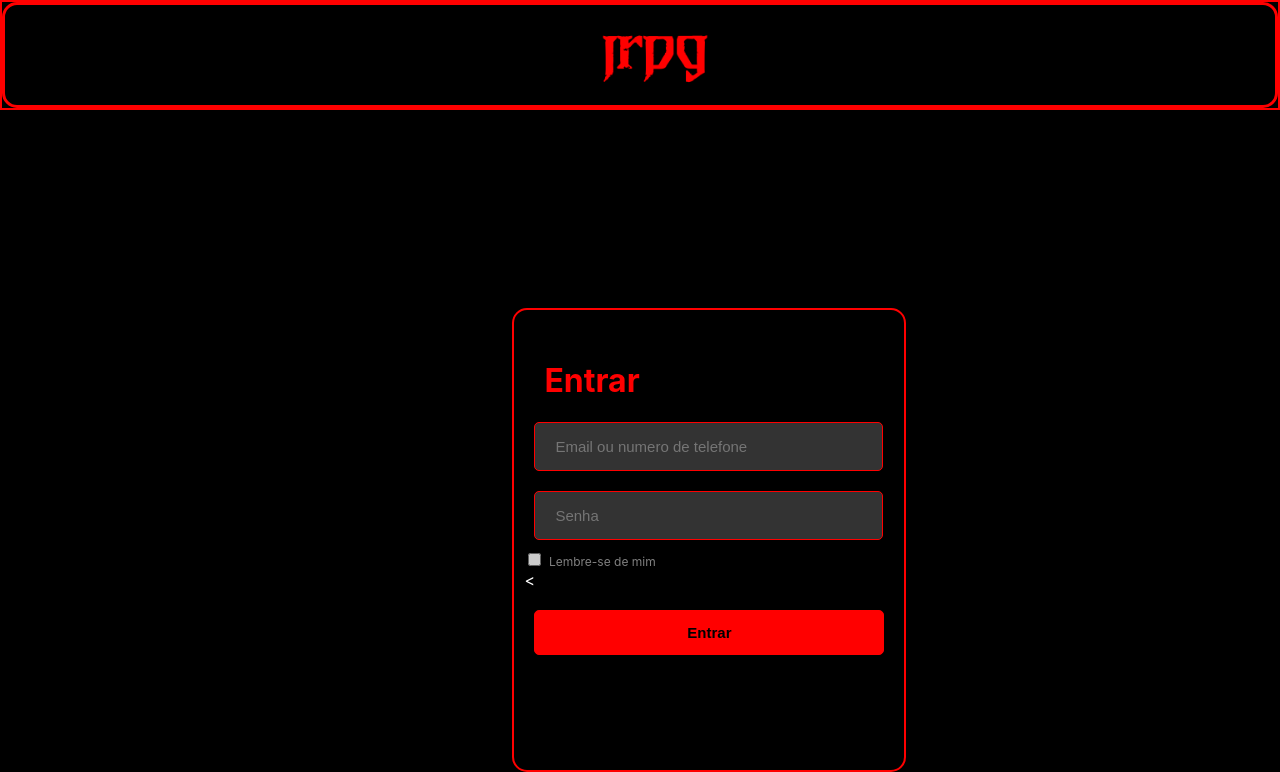
Repository: jpmaffei18/PROJETO_JAVA
Page: http://localhost/FinalWeb/
The author's editor kept a copy of each file at every save. The page is drawn from the files as they stood at one save, then again after a run of saves.
The browser window is 1280 px wide. The pictures show the whole page.
Some web fonts or font styles are not loaded; a fallback is used. The page is served by Tomcat 9. Other server files are loaded and not shown.

Above is the page before, as saved 2023-04-12 12:21:06.

### FinalWeb/src/main/webapp/index.jsp
<!DOCTYPE html>
<html lang="pt-br">
<head>
    <meta charset="UTF-8">
    <meta http-equiv="X-UA-Compatible" content="IE=edge">
    <meta name="viewport" content="width=device-width, initial-scale=1.0">
    <link href="login.css" rel="stylesheet">
    <link href="https://fonts.cdnfonts.com/css/gobold" rel="stylesheet">
    <link href="https://fonts.cdnfonts.com/css/glacial-indifference-2" rel="stylesheet">

    <title> LOGIN </title>
</head>
<body>
    <header class="cabecalho">
       <img src="imagens/JRPG LOGO.png">
    </header>


    <div class="form">
        <h1>Entrar</h1>
            <form method="POST" action="LoginServlet">
                <input type="text" name="usuario" id="email" class="email"placeholder="Email ou numero de telefone" style="width: 325px; height: 45px; border: solid 1px red; border-radius:5px;  margin-left: 10px; background-color: #333333; padding-left: 20px;  color: white; font-size: 15px;" >
                <br/>
                <br/>
                <input type="password" name="senha" id="password" class="form-control" data-toggle="password" placeholder="Senha" style="width: 325px; height: 45px; border: solid 1px red; border-radius:5px;  background-color: #333333; color: white; padding-left: 20px; margin-bottom: 10px; margin-left: 10px; font-size: 15px;">
                <br/>
                <div class="box">
                <input type="checkbox" style="opacity: 0.8" value="lembre-se de mim" style="margin-left: 0px; background-color:grey;"/>
                <label for="lembre-se de mim" style="font-size: 12px; color:grey;">Lembre-se de mim</label>
                </div>

                <

                <br/>
                <br/>

                <input type="submit" name="submit" id="submit" class="submit" style="background-color: red; color: black; width: 350px; height: 45px; border-radius:5px; border:solid 1px red; margin-bottom: 5px; margin-left: 10px; font-weight:900; font-size: 15px; " value="Entrar"/>
                </form>
                </div>

</body>
</html>

### FinalWeb/src/main/webapp/login.css
@import url('https://fonts.cdnfonts.com/css/glacial-indifference-2');
@import url('https://fonts.cdnfonts.com/css/gobold');



body{
    margin: 0;
    margin-top: 0;
    background-color: black ;
    overflow-x: hidden;
    border: solid 2px red;
}

.conteudo{
    width: 100%;
    height: 848px;
    border: solid 2px red;
}

.cabecalho{
    background-color: black ;
    width: 99,7%;
    height: 80px;
    border-radius: 15px;
    border: solid 3px red;
    color: red;
    padding-top: 20px;
    padding-left: 80px;
    align-content: center;
    align-items: center;
    text-align: center;
}

header img{
    margin-top: -20px;
    width: 200px;
    margin-right: 60px;
}

header h3{
    float: right;
    margin-right: 20px;
    margin-left:-40px;
}

header a{
    color: white;
    text-decoration: none;
}


.form{
    height: 400px;
    width: 350px;
    float: left;
    background-color: rgba(0,0,0,.75);
    border: solid 2px red;
    border-radius:15px;
    margin-left: 40%;
    margin-top: 200px;
    padding: 30px;
    padding-left:10px;
    font-family:-apple-system, BlinkMacSystemFont, 'Segoe UI', Roboto, Oxygen, Ubuntu, Cantarell,
    'Open Sans', 'Helvetica Neue', sans-serif;
    color: white;




}
.form h1{
    text-align: left;
    margin-left: 20px;
    color: red;
}

.form .inputs{
    padding: 5px;
    border-radius: 5px;

}

After the next 2 saves:
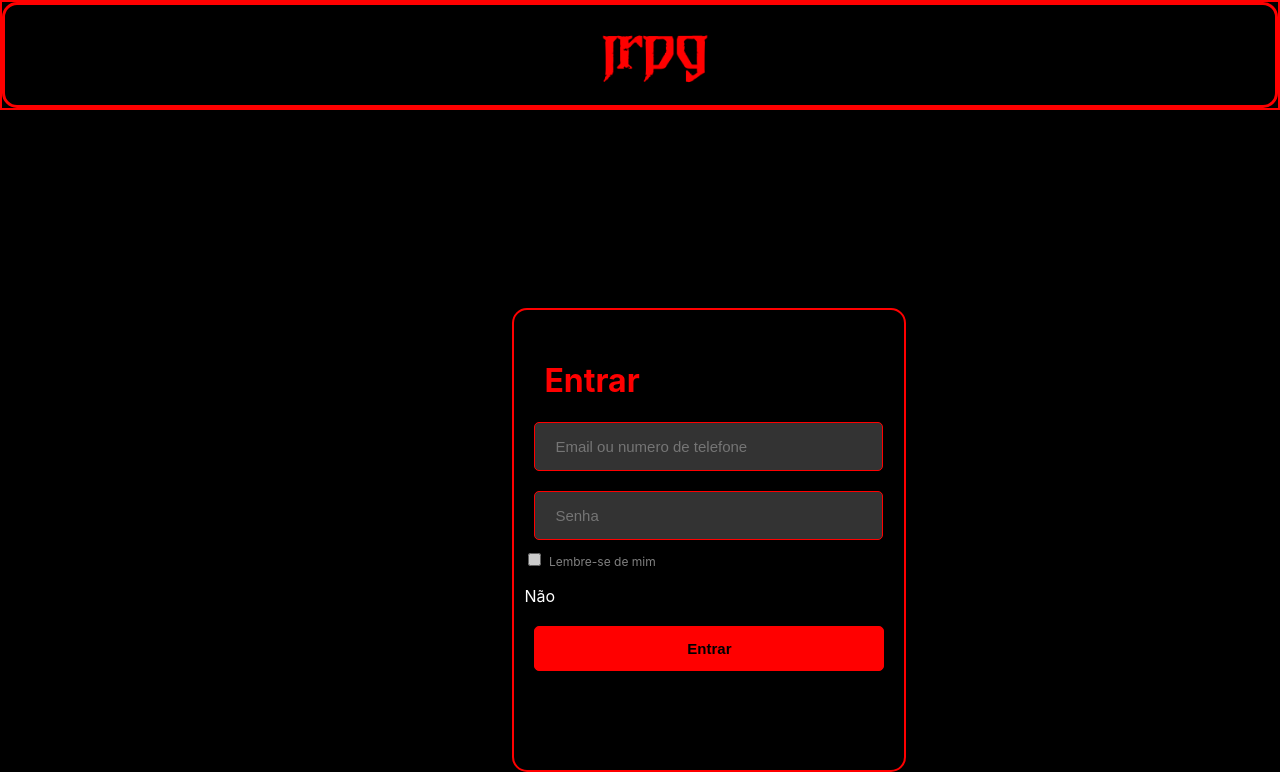
The 2 saves are shown as one change because they came seconds apart.
The last was saved 7 s later.
--- a/FinalWeb/src/main/webapp/index.jsp
+++ b/FinalWeb/src/main/webapp/index.jsp
@@ -29,7 +29,7 @@
                 <label for="lembre-se de mim" style="font-size: 12px; color:grey;">Lembre-se de mim</label>
                 </div>
 
-                <
+                <p>Não
 
                 <br/>
                 <br/>
